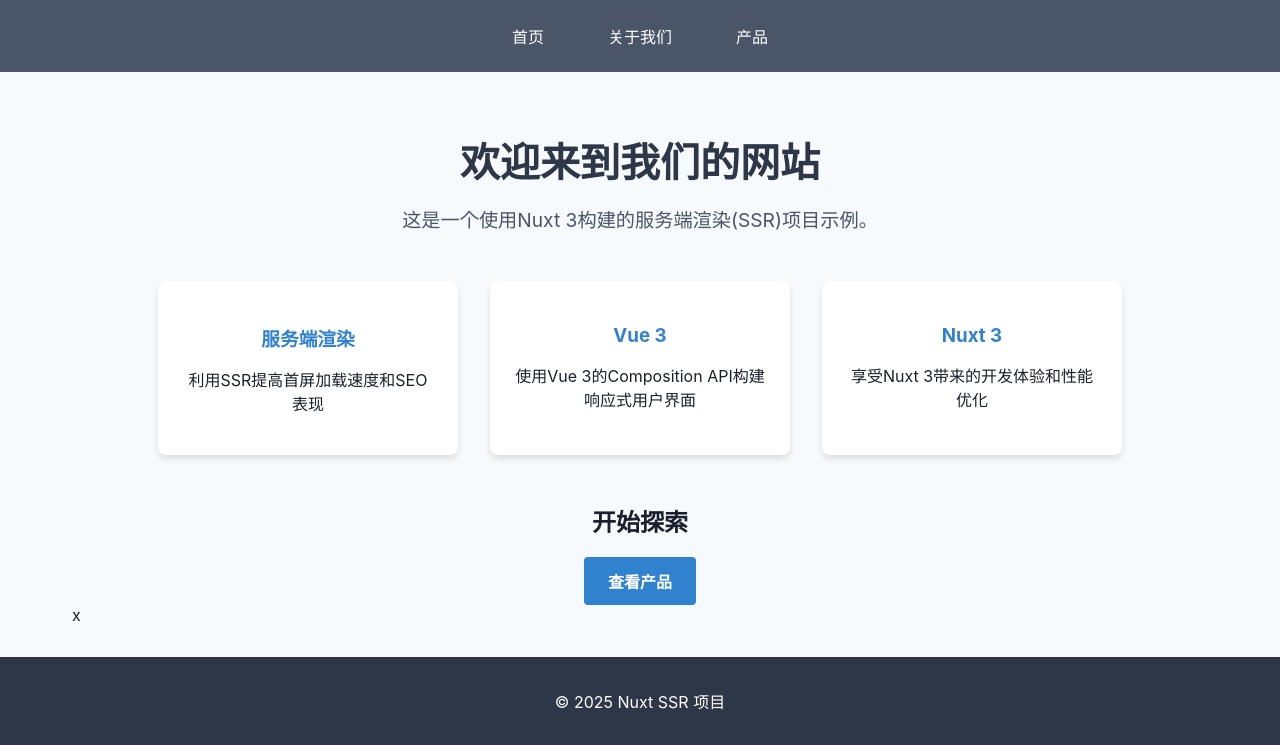
Repository: Bovia/about-me
Page: /
These files come from the project's save history. The page is drawn as it stood at one moment and after the next save; the edit follows.
The browser window is 1280 px wide. The pictures show the whole page.
The project was rebuilt for these pictures with package versions that can differ from the ones it lists, and the page was loaded fresh each time. The framework's server and built-in components were replaced by stand-ins that run in the browser. Also part of the build but not shown: nuxt.config.ts, components/AnimatedSkillTag.vue, components/AnimationShowcase.vue, components/CertificateModal.vue, components/ContactForm.vue, components/FloatingParticles.vue, components/GitHubShowcase.vue, components/GlassNavbar.vue and 6 more.

Above is the page before, as saved 2025-06-30 13:24:22.

### layouts/default.vue
<template>
  <div class="layout">
    <header class="header">
      <nav class="nav">
        <NuxtLink to="/" class="nav-link">首页</NuxtLink>
        <NuxtLink to="/about" class="nav-link">关于我们</NuxtLink>
        <NuxtLink to="/products" class="nav-link">产品</NuxtLink>
      </nav>
    </header>

    <main class="main-content">
      <slot />x
    </main>

    <footer class="footer">
      <p>&copy; {{ new Date().getFullYear() }} Nuxt SSR 项目</p>
    </footer>
  </div>
</template>

<style scoped>
.layout {
  display: flex;
  flex-direction: column;
  min-height: 100vh;
}

.header {
  background-color: #4a5568;
  padding: 1rem;
}

.nav {
  display: flex;
  justify-content: center;
  gap: 2rem;
}

.nav-link {
  color: white;
  text-decoration: none;
  font-weight: 500;
  padding: 0.5rem 1rem;
  border-radius: 0.25rem;
  transition: background-color 0.2s;
}

.nav-link:hover {
  background-color: #2d3748;
}

.main-content {
  flex: 1;
  padding: 2rem;
  max-width: 1200px;
  margin: 0 auto;
  width: 100%;
}

.footer {
  background-color: #2d3748;
  color: white;
  text-align: center;
  padding: 1rem;
  margin-top: auto;
}
</style>

### app.vue
<template>
  <NuxtLayout>
    <NuxtPage />
  </NuxtLayout>
</template>

<style>
html, body {
  margin: 0;
  padding: 0;
  font-family: -apple-system, BlinkMacSystemFont, 'Segoe UI', Roboto, Oxygen, Ubuntu, Cantarell, 'Open Sans', 'Helvetica Neue', sans-serif;
  background-color: #f7fafc;
  color: #1a202c;
}

* {
  box-sizing: border-box;
}
</style>

### pages/index.vue
<template>
  <div class="home-page">
    <h1>欢迎来到我们的网站</h1>
    <p class="intro">这是一个使用Nuxt 3构建的服务端渲染(SSR)项目示例。</p>

    <div class="features">
      <div class="feature-card">
        <h3>服务端渲染</h3>
        <p>利用SSR提高首屏加载速度和SEO表现</p>
      </div>

      <div class="feature-card">
        <h3>Vue 3</h3>
        <p>使用Vue 3的Composition API构建响应式用户界面</p>
      </div>

      <div class="feature-card">
        <h3>Nuxt 3</h3>
        <p>享受Nuxt 3带来的开发体验和性能优化</p>
      </div>
    </div>

    <div class="cta-section">
      <h2>开始探索</h2>
      <NuxtLink to="/products" class="cta-button">查看产品</NuxtLink>
    </div>
  </div>
</template>

<script setup>
// 页面元数据
useHead({
  title: '首页 - Nuxt SSR 项目',
  meta: [
    { name: 'description', content: 'Nuxt 3 SSR项目的首页' }
  ]
})
</script>

<style scoped>
.home-page {
  text-align: center;
}

h1 {
  font-size: 2.5rem;
  margin-bottom: 1rem;
  color: #2d3748;
}

.intro {
  font-size: 1.2rem;
  max-width: 600px;
  margin: 0 auto 3rem;
  color: #4a5568;
}

.features {
  display: flex;
  flex-wrap: wrap;
  justify-content: center;
  gap: 2rem;
  margin-bottom: 3rem;
}

.feature-card {
  background-color: white;
  padding: 1.5rem;
  border-radius: 0.5rem;
  box-shadow: 0 4px 6px rgba(0, 0, 0, 0.1);
  width: 300px;
  transition: transform 0.3s, box-shadow 0.3s;
}

.feature-card:hover {
  transform: translateY(-5px);
  box-shadow: 0 10px 15px rgba(0, 0, 0, 0.1);
}

.feature-card h3 {
  color: #3182ce;
  margin-bottom: 0.5rem;
}

.cta-section {
  margin-top: 3rem;
}

.cta-button {
  display: inline-block;
  background-color: #3182ce;
  color: white;
  padding: 0.75rem 1.5rem;
  border-radius: 0.25rem;
  text-decoration: none;
  font-weight: bold;
  transition: background-color 0.3s;
}

.cta-button:hover {
  background-color: #2c5282;
}
</style>

After the next save:
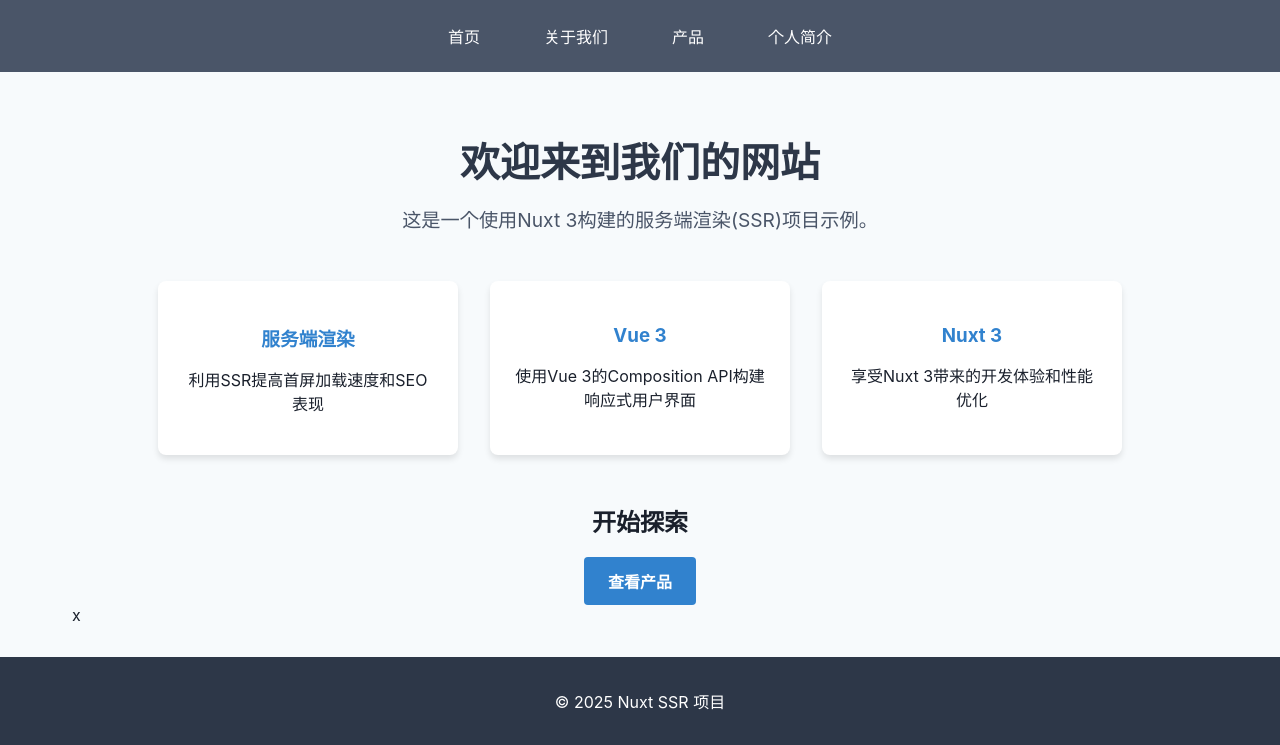
Saved 11 s later.
--- a/layouts/default.vue
+++ b/layouts/default.vue
@@ -5,6 +5,7 @@
         <NuxtLink to="/" class="nav-link">首页</NuxtLink>
         <NuxtLink to="/about" class="nav-link">关于我们</NuxtLink>
         <NuxtLink to="/products" class="nav-link">产品</NuxtLink>
+        <NuxtLink to="/profile" class="nav-link">个人简介</NuxtLink>
       </nav>
     </header>
 
